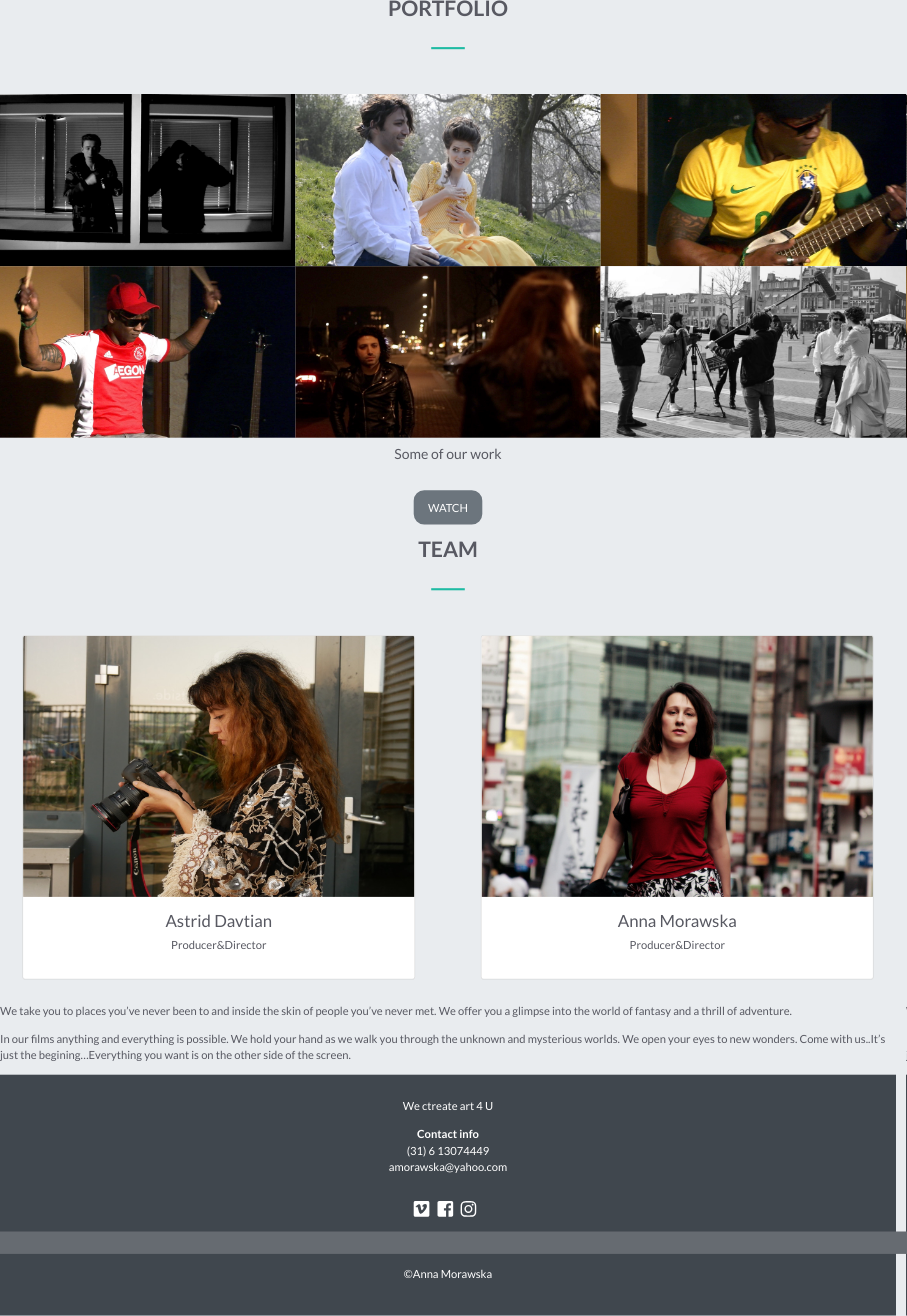
Repository: amorawskanew/My-first-website1
Page: index.html
The author's editor kept a record of every edit. The page is drawn from the files as they stood at one moment, then again after the next edit.
The browser window is 1280 px wide. The page is 1295 px wide, so the pictures cover 1295 px, including what lies to the right of the window. The pictures show the part of the page from y = 775 to 2655 px (the page is 2655 px tall before and 2639 px after), at 70% of full size.
Some web fonts or font styles are not loaded; a fallback is used. Some web libraries are served in a nearby version.

Above is the page before.

### index.html
<!DOCTYPE html>
<html lang="en">

<head>
  <meta charset="UTF-8">
  <meta name="viewport" content="width=device-width, initial-scale=1.0">
  <meta http-equiv="X-UA-Compatible" content="ie=edge">
  <link rel="stylesheet" href="https://maxcdn.bootstrapcdn.com/bootstrap/4.2.1/css/bootstrap.min.css" type="text/css" />
  <link rel="stylesheet" href="https://maxcdn.bootstrapcdn.com/font-awesome/4.7.0/css/font-awesome.min.css" type="text/css" />

  <link rel="stylesheet" href="style.css">
  <link rel="stylesheet" href="css/fixed.css">
</head>

<body data-spy="scroll" data-target="#navbarResponsive">

  <!--start home section-->

  <div id="home">

    <!--Navigation-->

    <nav class="navbar navbar-expand-md navbar-dark bg-dark fixed-top">

      <p>A&A</p>
      <button class="navbar-toggler" type="button" data-toggle="collapse" data-target="#navbarResponsive">
     <span class="navbar-toggler-icon"></span>
 </button>

      <div class="collapse navbar-collapse" id="navbarResponsive">
        <ul class="navbar-nav ml-auto">
          <li class="nav-item">
            <a class="nav-link" href="#home">Home</a>
          </li>
          <li class="nav-item">
            <a class="nav-link" href="#portfolio">Portfolio</a>
          </li>
          <li class="nav-item">
            <a class="nav-link" href="#team">Team</a>
          </li>
          <li class="nav-item">
            <a class="nav-link" href="#contact">Contact</a>
          </li>
        </ul>
      </div>
    </nav>




    <!--start image slider-->
    <div id="carouselExampleIndicators" class="carousel slide" data-ride="carousel" data-interval="7000">
      <ol class="carousel-indicators">
        <li data-target="#carouselExampleIndicators" data-slide-to="0" class="active"></li>
        <li data-target="#carouselExampleIndicators" data-slide-to="1"></li>
        <li data-target="#carouselExampleIndicators" data-slide-to="2"></li>
      </ol>
      <div class="carousel-inner" role="listbox">
        <!--slide 1-->
        <div class="carousel-item active" style="background-image: url(img/Frame-2.jpg);" alt="img/img/Frame-2.jpg">
          <div class="carousel-caption text-center">
            <h1>We tell stories</h1>
            <a class="button btn-outline-light btn-lg" href="#portfolio"> See more</a>
          </div>
        </div>

        <!--slide 2-->
        <div class="carousel-item" style="background-image: url(img/FRAMe_3.jpg);" alt="img/FRAMe_3.jpg"></div>

        <!--slide 3-->
        <div class="carousel-item" style="background-image: url(img/W.Haarlem.shooting.jpg);" alt="img/W.Haarlem.shooting.jpg"></div>
      </div>

      <!--end carousel-inner-->

      <!--prev&next buttons-->

      <a class="carousel-control-prev" href="#carouselExampleIndicators" role="button" data-slide="prev">
    <span class="carousel-control-prev-icon" aria-hidden="true"></span>
    <span class="sr-only">Previous</span>
  </a>
      <a class="carousel-control-next" href="#carouselExampleIndicators" role="button" data-slide="next">
    <span class="carousel-control-next-icon" aria-hidden="true"></span>
    <span class="sr-only">Next</span>
  </a>
    </div>

    <!--end of image slider-->


  </div>


  <!--end home section-->


  <!--start PORTFOLIO SECTION-->

  <div id="portfolio" class="offset">

    <div class="jumbotron container-fluid">
      <h3 class="heading">Portfolio</h3>
      <div class="heading-underline"></div>
    </div>


    <div class="row no-padding">

      <div class="col-sm-4">
        <div class="portfolio>">
          <a href="img/W.Film Noir.jpg" target="_blank">
          <img src="img/W.Film Noir.jpg">
          </a>
        </div>
      </div>



      <div class="col-sm-4">
        <div class="portfolio>">
          <a href="img/W.Holoream.jpg" target="_blank">
          <img src="img/W.Holoream.jpg">
          </a>
        </div>
      </div>


      <div class="col-sm-4">
        <div class="portfolio>">

          <a href="img/W.Milan.jpg" target="_blank">
          <img src="img/W.Milan.jpg">
          </a>
        </div>
      </div>


      <div class="col-sm-4">
        <div class="portfolio>">
          <a href="img/W.Milan1.jpg" target="_blank">
          <img src="img/W.Milan1.jpg">
          </a>
        </div>
      </div>



      <div class="col-sm-4">
        <div class="portfolio>">
          <a href="img/W.Tommy.Video.jpg" target="_blank">
          <img src="img/W.Tommy.Video.jpg">
          </a>
        </div>
      </div>


      <div class="col-sm-4">
        <div class="portfolio>">
          <a href="img/W.PjDexEpZSQCEN6ft97mkTA_thumb_f36.jpg" target="_blank">
          <img src="img/W.PjDexEpZSQCEN6ft97mkTA_thumb_f36.jpg">
          </a>
        </div>
      </div>

    </div>

    <div class="narrow text-center">
      <div class="col-12">
        <p class="lead"> Some of our work</p>
        <a class="btn btn-secondary btn-md" href="https://vimeo.com/335774954" target="_blank">WATCH</a>

      </div>

    </div>


  </div>

  <!--end row->



    </div><!--end jumbotron-->



  <!--end portfolio section-->

  <!--start team section-->
  <div class=wrapper>
    <div id="team" class="offset">
      <div class="col-12 text-center">
        <h3 class="heading">Team</h3>
        <div class="heading-underline"></div>
      </div>
      <div class="row padding">
        <div class="col-md-6">
          <div class="card text-center">
            <img class="card-img-top" src="img/W.ASTRID.jpg">
            <div class="card-body">
              <h4>Astrid Davtian</h4>
              <p>Producer&Director</p>
            </div>
          </div>
        </div>

        <div class="col-md-6">
          <div class="card text-center">
            <img class="card-img-top" src="img/054.JPG ">
            <div class="card-body">
              <h4>Anna Morawska</h4>
              <p>Producer&Director</p>
            </div>
          </div>
        </div>

      </div>
      <!--end of row-->
    </div>
  </div>

  <!--end team section-->
<!--text-->
  <div>
    <p>We take you to places you’ve never been to and inside the skin of people you’ve never met. We offer you a glimpse into the world of fantasy and a thrill of adventure.

    <p>In our films anything and everything is possible. We hold your hand as we walk you through the unknown and mysterious worlds. We open your eyes to new wonders. Come with us..It’s just the begining…Everything you want is on the other side of the screen.</p>
    </p>
  </div>

  <!--start contact section-->
  <footer>

    <div id="contact" class="offset"></div>
    <div class="row justify-content-center">
      <div class="col-md-5">
        <p> We ctreate art 4 U </p>
        <strong>Contact info</strong>
        <p>(31) 6 13074449<br>amorawska@yahoo.com</p>
        <a href="https://vimeo.com/manage/videos" target="_blank"><i class="fab fa-vimeo" aria-hidden="true"></i></a>
        <a href="https://www.facebook.com/anna.morawska" target="_blank"><i class="fab fa-facebook-square"></i></a>
        <a href="https://www.instagram.com/morawska690/" target="_blank"><i class="fab fa-instagram"></i></a>
      </div>
      <hr class="socket"> &copy;Anna Morawska

    </div>
    <!--end of row-->
  </footer>

  <!--end-->


  <script src=" https://use.fontawesome.com/releases/v5.6.1/js/all.js"></script>
  <script src="https://code.jquery.com/jquery-3.4.1.slim.min.js"></script>
  <script src="https://cdnjs.cloudflare.com/ajax/libs/popper.js/1.15.0/umd/popper.min.js"></script>
  <script src="https://stackpath.bootstrapcdn.com/bootstrap/4.3.1/js/bootstrap.min.js"></script>

</body>

</html>

### style.css
@import url('https://fonts.googleapis.com/css?family=Lato:400,700');
@import url('https://fonts.googleapis.com/css?family=Raleway,:300,400,500,700,900');
@import url('https://fonts.googleapis.com/css?family=Great+Vibes&display=swap |font-effect-fire-animation');

body {

    overflow-x: hidden;
    font-family: 'Lato', sans-serif;
    color: #585962;
     background-color:#e9ecef;
    width:100%;



}

.offset:before {
    height: 3.8rem;
    margin-top: -3.8rem;
    content: "";
    display: block;

}

/*Navbar style*/

.navbar {
    text-transform: uppercase;
    font-weight: 700;
    font-size: .9rem;
    background: rgba(0, 0, 0, .6);
    color:white;

}

.navbar-nav li {
    padding-right: .7rem;

}

.navbar-dark .navbar-nav .nav-link {

    color: white;
    padding-top: .8rem;
}

.navbar-dark .navbar-nav .nav-link .active,
.navbar-dark .navbar-nav .nav-link:hover {
    color: #f54295;
}

/*--slider--*/


.carousel-item {
    height: 100vh;
    background-size: cover;
    background-repeat: no-repeat;
    width:100%;

}

/*---remove it---*/
.carousel-caption h1{
    font-size:6rem;
    font-weight  :500;
     font-family: 'Great Vibes';
    color:white;
    text-align:center;
    background-color:no;
    margin-bottom:15rem;
    text-shadow:.1rem .1rem .5rem black;
}

/*---up to here--*/

.btn-lg {
    border-width: medium;
    border-radius: 10px;
    font-size: 1.1rem;
    text-transform: uppercase;
}


/*-----*/



.btn-md {
    border-width: medium;
    border-radius: 15px;
    padding: .6rem 1.1rem;
    text-transform: uppercase;
    margin: 1rem;
}

/* text above portfolio--*/

.jumbotron {
    border-radius: 0;
    padding: 3rem 0 2rem;
    margin-bottom:0;

}

 .heading  {
    font-size: 1.9rem;
    font-weight: 700;
    text-transform: uppercase;
    padding-bottom: 1.9rem;
    text-align: center;
}


.heading-underline {
    width: 3rem;
    height: .2rem;
    background-color: #1ebba3;
    margin: 0 auto 2rem;
}
/*--portfolio---*/


  .col-sm-4 img {

    transition:transform .5s ease;
    background-size: cover;
   max-width:100%;
    padding:0;
    margin:0;

}

.no-padding .col-sm-4
   {
        padding:0;
    }

.col-sm-4 img:hover {
      transform: scale(1.1);
      cursor: zoom-in;
  }
  .portfolio {
      overflow:hidden;

  }

   /*---text --some of our work --*/

  .lead{
      padding:.4rem;

  }

 .narrow-text-text: center  {

  }
      /*team----*/
      .card {
          margin: 2rem;

      }

      /*---contact--*/

    footer {
    text-align:center;
    background-color:#40474e;
    color:white;
    padding: 2rem 0 3rem;
    margin-top: 1rem;
    width:100%;

    }

    footer a {
        color:white;
    }

    footer svg.svg-inline--fa {
        font-size:1.6rem;
        margin: 1.2rem .5rem 0 0;
    }

    footer svg.svg-inline--fa:hover {
        color:#f54295;
    }

    hr.socket{
        border-top: 2rem solid #666b71;
        width:100%;
    }

     /*--media queries--*/

   @media (max-width:767px) {
   .btn-lg {
       font-size: 1.1rem;
   }
   .carousel-caption h1 {
    font-size:3rem;
    margin-bottom:15rem;

}

}

Loaded but not shown: css/fixed.css (no stored copy; drawn as an empty file)

After the next edit:
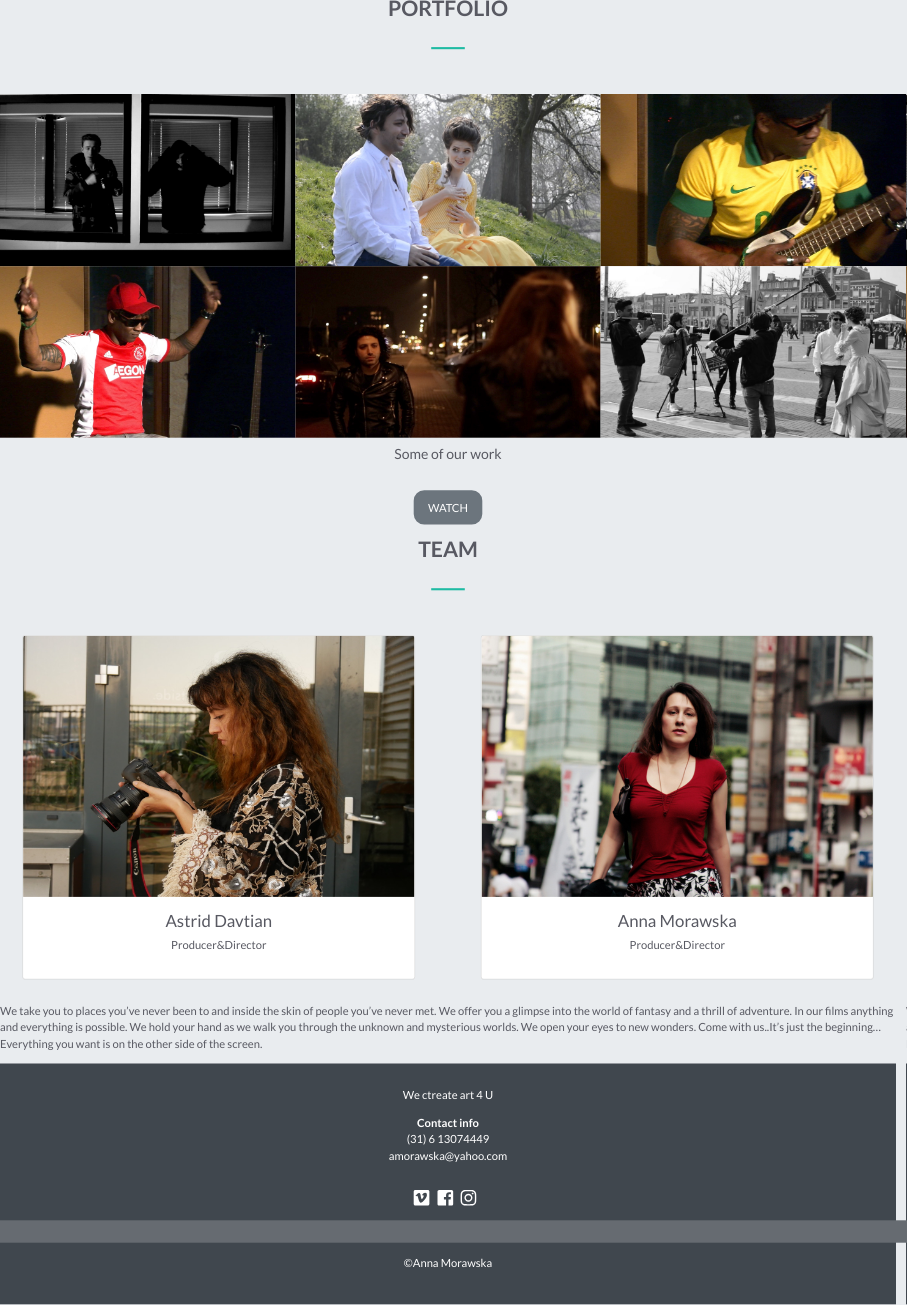
The edit:
--- a/index.html
+++ b/index.html
@@ -224,7 +224,8 @@
   <div>
     <p>We take you to places you’ve never been to and inside the skin of people you’ve never met. We offer you a glimpse into the world of fantasy and a thrill of adventure.
 
-    <p>In our films anything and everything is possible. We hold your hand as we walk you through the unknown and mysterious worlds. We open your eyes to new wonders. Come with us..It’s just the begining…Everything you want is on the other side of the screen.</p>
+    In our films anything and everything is possible. We hold your hand as we walk you through the unknown and mysterious worlds. We open your eyes to new wonders.
+    Come with us..It’s just the beginning…Everything you want is on the other side of the screen.</p>
     </p>
   </div>
 
